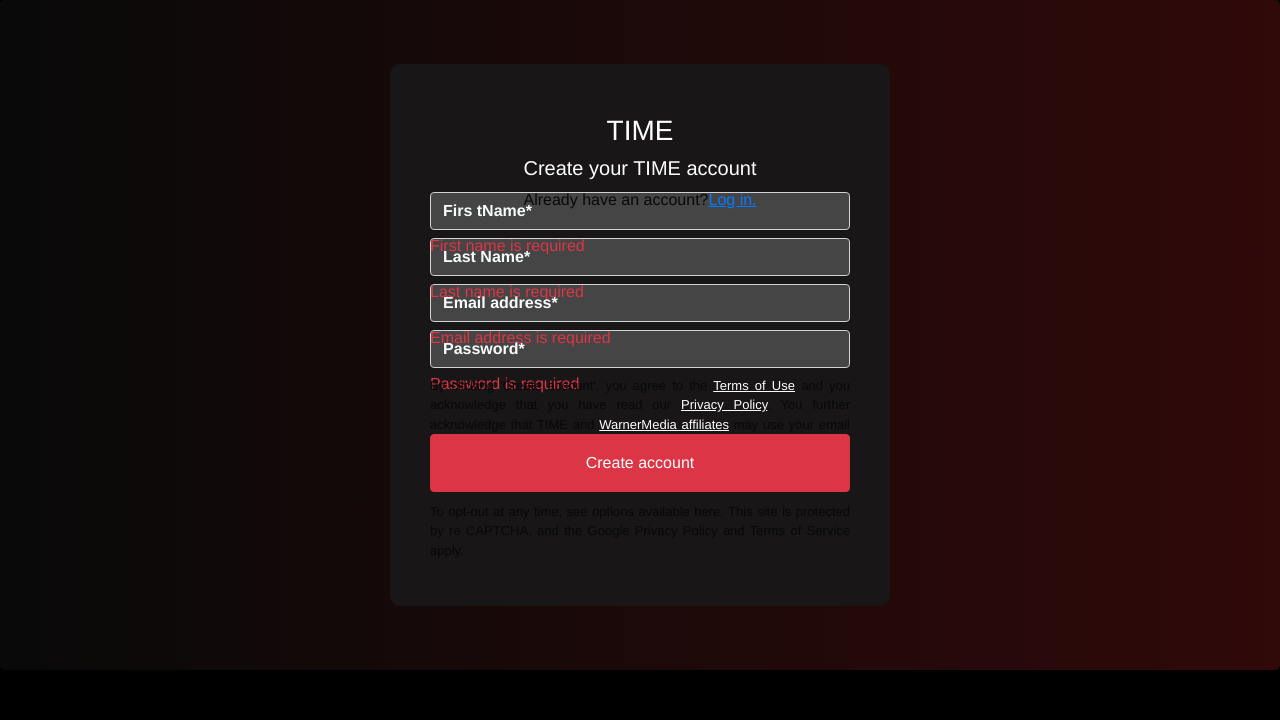
Repository: Vu14082002/WebTinTuc
Page: html/SignUp.html
An editor plug-in stored every save of this project. The page is shown before and after a run of saves, followed by the edit.
The browser window is 1280 px wide. The pictures show the whole page.
Some web libraries are served in a nearby version.

Above is the page before, as saved 2022-04-09 14:42:53.

After the next 2 saves:
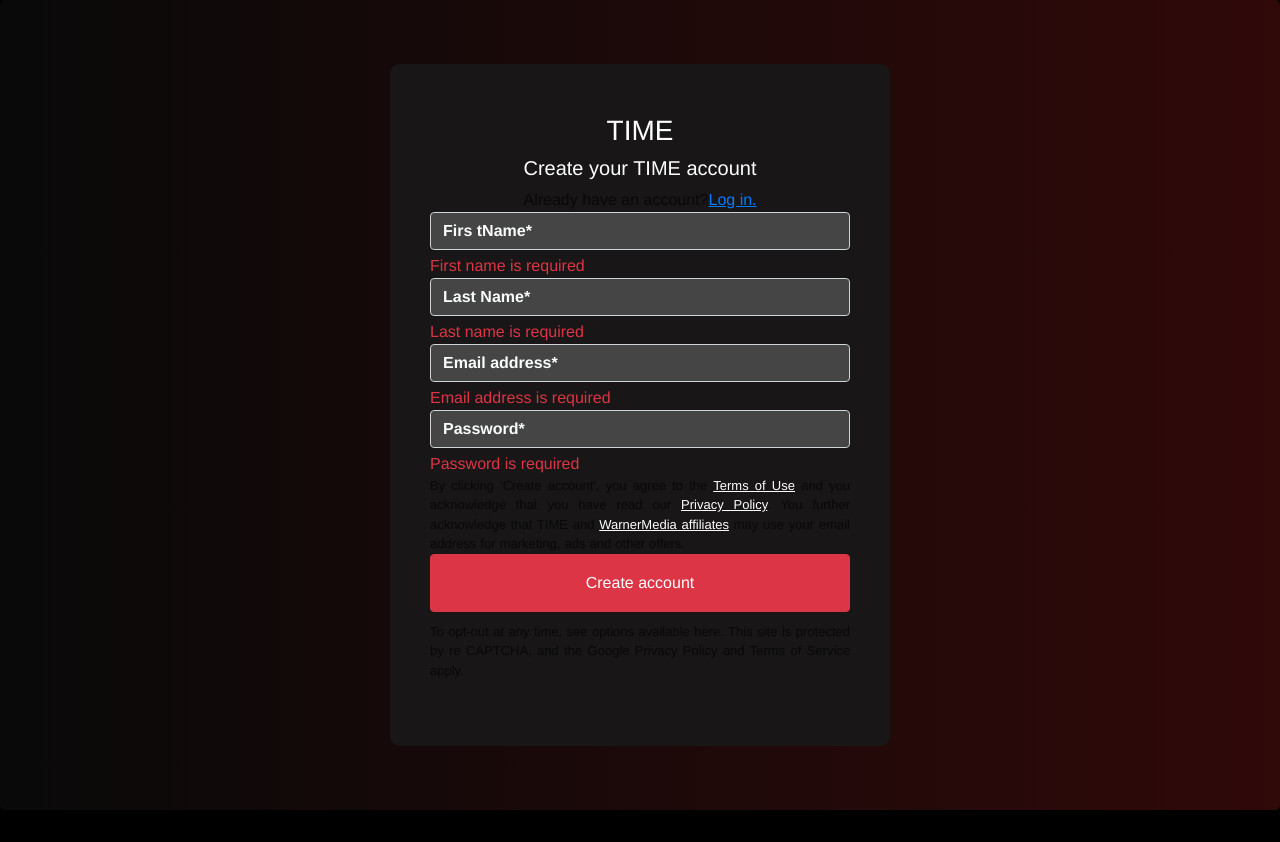
The 2 saves are shown as one change because they came seconds apart.
The last was saved 6 s later.
--- a/css/login.css
+++ b/css/login.css
@@ -59,5 +59,5 @@
     color: #090909 !important;
 }
 p {
-    margin-bottom: -20px;
+    margin-bottom:0;
 }
